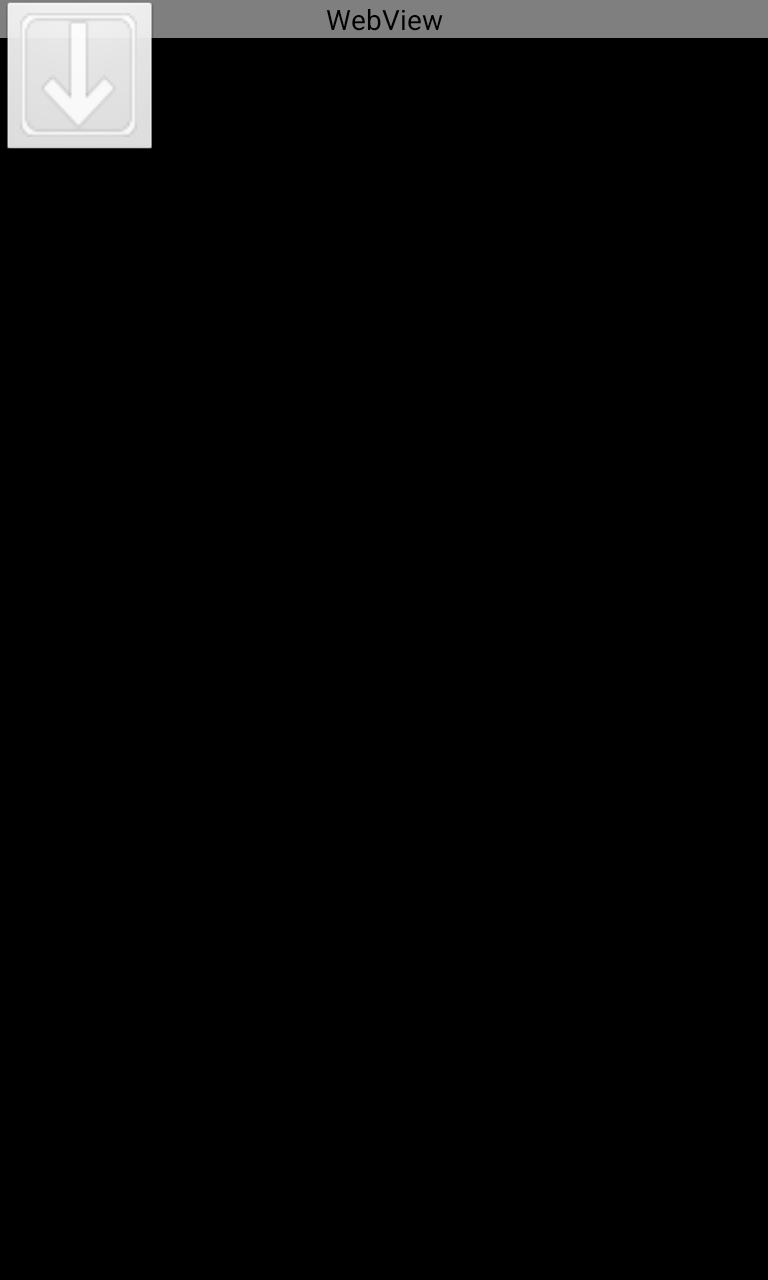
Repository: sstopkin/my-car-pc
Layout: RobotRules/res/layout/viewlay.xml
These files come from the project's save history. The layout is drawn as it stood at one moment and after the next save; the edit follows.
Pictures or frames that could not be fetched are drawn as grey boxes. It is drawn on a 768 x 1280 px phone screen (xhdpi) without system bars, with theme android:Theme.NoTitleBar.Fullscreen; the app's code is not run.

Above is the layout before, as saved 2012-02-18 10:53:54.

After the next save:
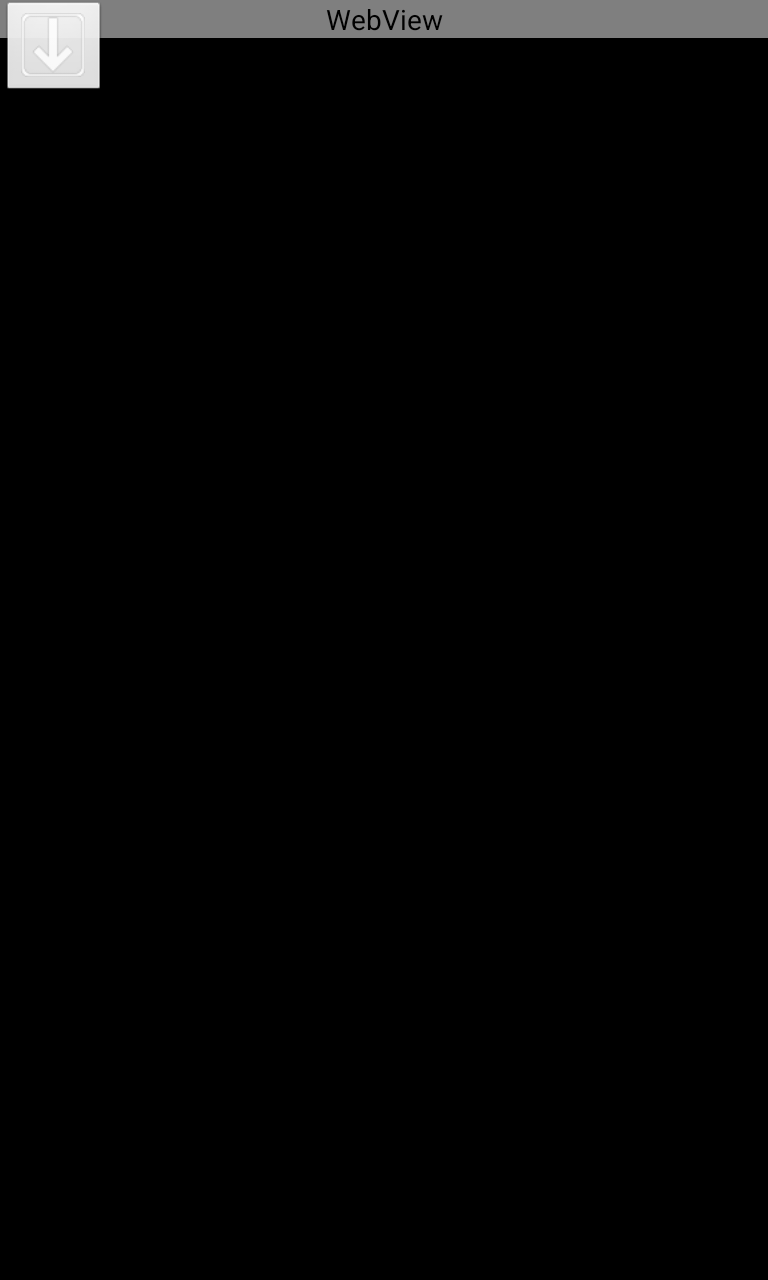
Saved 3 min 30 s later.
--- a/RobotRules/res/layout/viewlay.xml
+++ b/RobotRules/res/layout/viewlay.xml
@@ -18,11 +18,8 @@
 
             <ImageButton
                 android:id="@+id/ButtonDown1"
-                android:layout_width="80dip"
-                android:layout_height="80dip"
-                android:cropToPadding="false"
-                android:paddingLeft="10dp"
-                android:scaleType="fitXY"
+                android:layout_width="wrap_content"
+                android:layout_height="wrap_content"
                 android:src="@drawable/robotrulesdown48" />
         </FrameLayout>
     </RelativeLayout>
